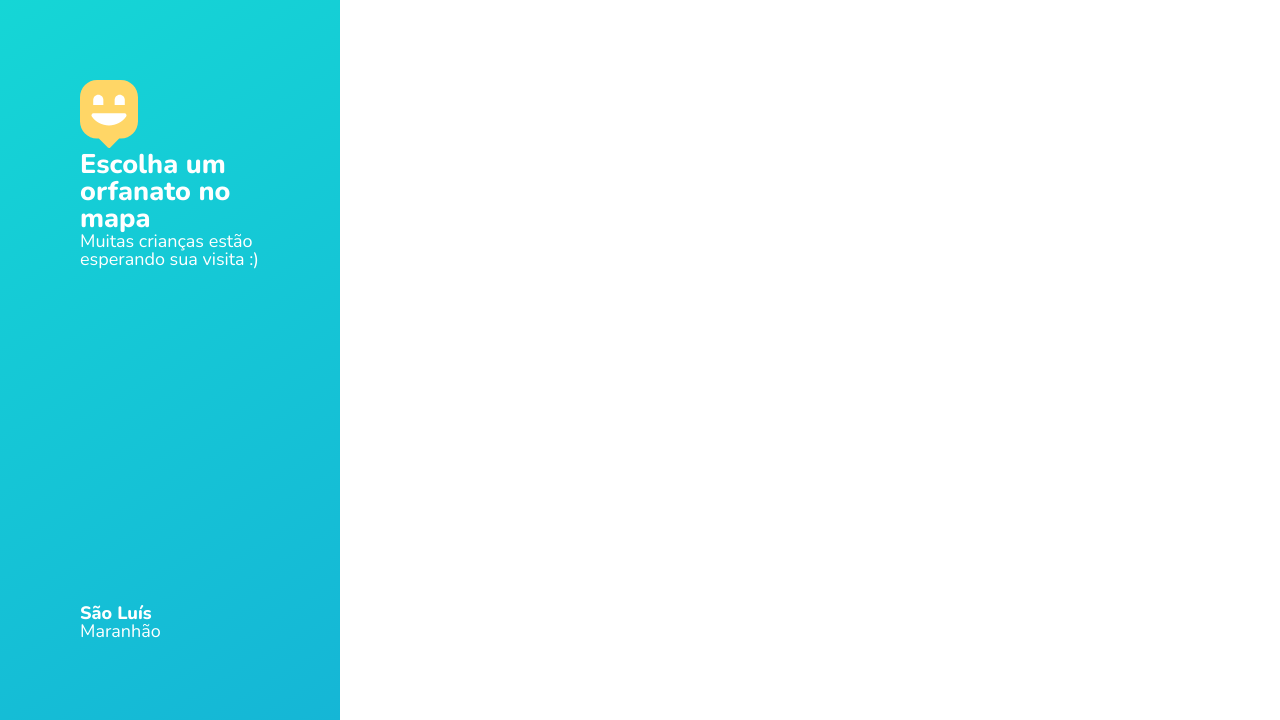
Repository: SrtaPoe/nlw
Page: orphanages.html
An editor plug-in stored every save of this project. The page is shown before and after the next save, followed by the edit.
The browser window is 1280 px wide. The pictures show the whole page.

Above is the page before, as saved 2020-10-15 13:46:18.

After the next save:
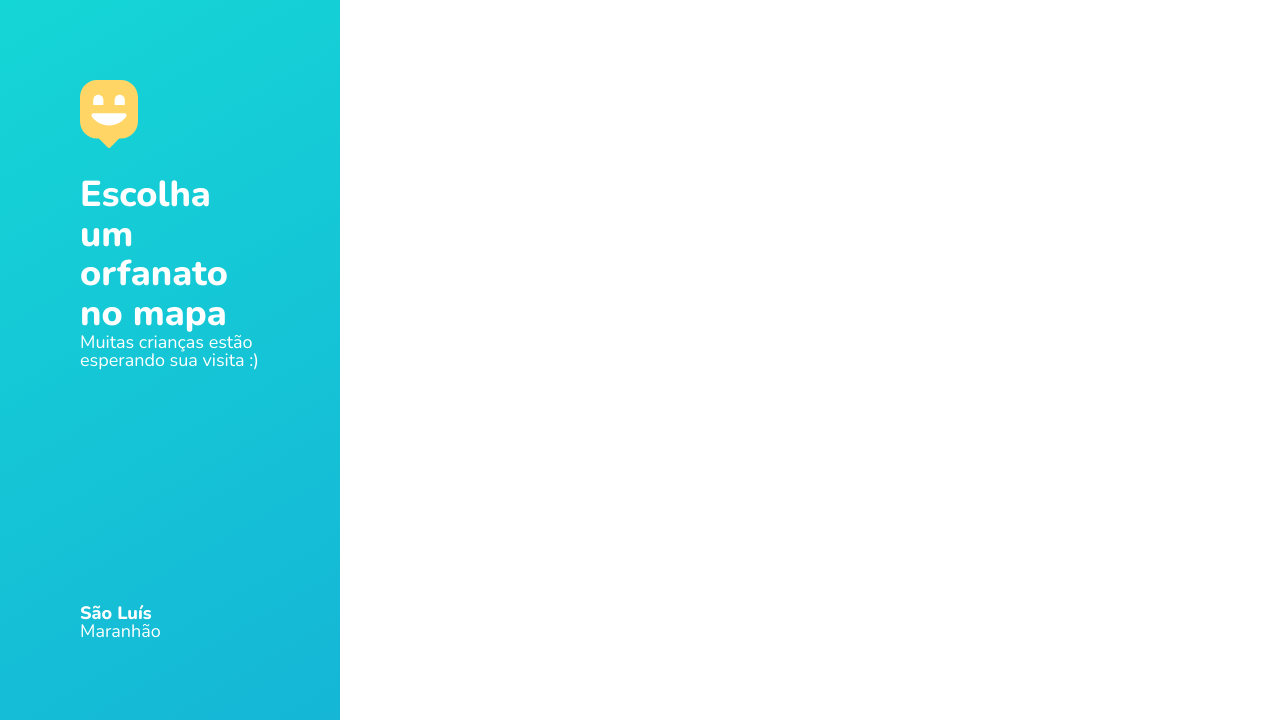
Saved 2 min 37 s later.
--- a/public/css/page-orphanages.css
+++ b/public/css/page-orphanages.css
@@ -12,3 +12,8 @@
     flex-direction: column;
     justify-content: space-between;
 }
+
+aside h2 {
+    margin-top: 2.4rem;
+    font: 800 3.6rem/1.1 'Nunito', sans serif;
+}
